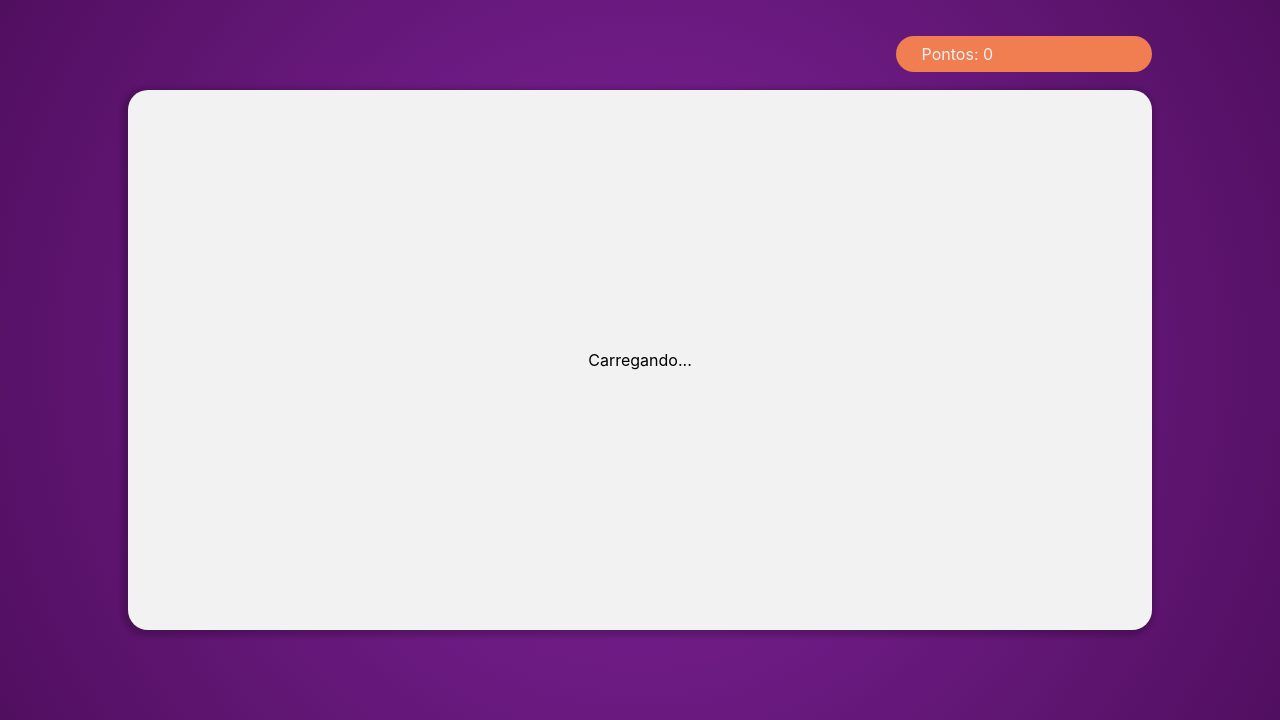
Repository: gabrielejandres/bd-final-project
Page: /play (app in frontend/)
These files come from the project's save history. The page is drawn as it stood at one moment and after the next save; the edit follows.
The browser window is 1280 px wide. The pictures show the whole page.
The project was rebuilt for these pictures with package versions that can differ from the ones it lists, and the page was loaded fresh each time. Also part of the build but not shown: frontend/src/App.css, frontend/src/components/Button/index.jsx, frontend/src/components/Logo/style.css, frontend/src/components/Logo/index.jsx, frontend/src/components/Footer/Login/index.jsx, frontend/src/pages/Login/index.jsx, frontend/src/components/Footer/Home/style.css, frontend/src/components/Footer/Home/index.jsx and 1 more.

Above is the page before, as saved 2022-03-05 21:47:10.

### frontend/src/App.js
import './App.css';
import Login from './pages/Login/index.jsx'
import Home from './pages/Home/index.jsx'
import Play from './pages/Play/index.jsx';
import {BrowserRouter, Route, Routes} from 'react-router-dom';


function App() {
  return (
    <div>
      <BrowserRouter>
          <Routes>
            <Route path="/login" element={<Login/>}/>
            <Route path="/" element={<Home/>}/>
            <Route path="/play" element={<Play/>}/>
          </Routes>
      </BrowserRouter>
    </div>
  );
}

export default App;

### frontend/src/pages/Play/index.jsx
import { useEffect, useState } from 'react'
import './style.css'

export default function Play(){

  const [score, setScore] = useState(0)
  const [question, setQuestion] = useState('Carregando...')
  const [answer, setanswer] = useState(['alo', 'teste', 'sim', 'não'])
  useEffect(()=>{

  }, [score])

  return (
    <div className="main-page">
      <div className="score">
        <div className="score-text">Pontos: {score}</div>
      </div>
      <div className="game-container">
        <div className="game-header">
          <div className="game-question">
            {question}
          </div>
          <div className="game-timer">

          </div>
        </div>
        <div className="game-content">
          <div>{}</div>
        </div>
      </div>
    </div>
  )
}

### frontend/src/pages/Login/style.css
@import url('https://fonts.googleapis.com/css2?family=Montserrat:wght@100;400;700;900&display=swap');

:root {
    --color-brand-primary: #510F60;
    --color-brand-secondary: #F17E50;

    --color-neutral-lightest: #F2F2F2;
    --color-neutral-medium: rgba(133,133,133, 1);
    --color-neutral-darkest: #363636;

    --primary-brand-font: 'Montserrat', sans-serif;
}

.main-page {
  background-image: radial-gradient(circle, #81249C, var(--color-brand-primary));

  height: 100vh;

  display: flex;
  justify-content: center;
  align-items: center;
}

.logo img {
  height: 15vh;

  display: flex;
  justify-content: center;
  align-items: center;
}

.container-login {
  width: 40vw;
  height: 60vh;

  display: flex;
  align-items: center;
  justify-content: center;
  flex-direction: column;

  background-color: var(--color-neutral-lightest);

  border-radius: 20px;
  box-shadow: -2px 2px 5px 4px rgba(0,0,0,0.2) ;
}

.access-area {
  display: flex;
  justify-content: center;

  width: 35vw;
}

.user-interaction {
  display: flex;
  align-items: center;
  flex-direction: column;
  justify-content: center;

  margin-left: 1.5vw;
}

.profile {
  width: auto;
  height: auto;

  margin-top: 30px;
  margin-bottom: 50px;
}

.profile img {
  height: 150px;
  width: auto;
}

.input{
  border-radius: 10px;
  border: 1px solid var(--color-neutral-medium);

  height: 24px;
  width: 12vw;

  margin-bottom: 2.5vh;
  padding: 1vh;

  background-color: rgba(133,133,133, 0.2);

  font-family: var(--primary-brand-font);
}

input:focus {
  outline: none;
}

.container-footer {
  width: 100%;

  display: flex;
  align-items: center;
  justify-content: center;
}

.continue-button {
  display: flex;
  align-items: center;
  justify-content: center;
}

### frontend/src/pages/Home/style.css
@import url('https://fonts.googleapis.com/css2?family=Montserrat:wght@100;400;700;900&display=swap');

:root{
    --color-brand-primary: #510F60;
    --color-brand-secondary: #F17E50;
    --color-neutral-lightest: #F2F2F2;
    --primary-brand-font: 'Montserrat', sans-serif;
}

.container{
    width: 35vw;
    height: 65vh;
    display: flex;
    align-items: center;
    justify-content: center;
    flex-direction: column;
    background-color: var(--color-neutral-lightest);
    border-radius: 20px;
    box-shadow: -2px 2px 5px 4px rgba(0,0,0,0.2) ;
    color: var(--color-neutral-darkest);
}

.container-content{
    display: flex;
    flex-direction: column;
    align-items: center;
    height: 80%;
    margin-top: 50px;
}

.buttons-area{
    display: flex;
    flex-direction: column;
    height: 26vh;
    align-items: center;
    justify-content: space-evenly;
    width: 100%;
    margin-top: 5.5vh;
}

.logo {
    width: 35vw;
    display: flex;
    justify-content: center;
    align-items: center;
}

### frontend/src/pages/Play/style.css
:root{
  --color-neutral-lightest: #F2F2F2;
}

.game-container{
  width: 80vw;
  height: 75vh;
  display: flex;
  align-items: center;
  justify-content: center;
  flex-direction: column;
  background-color: var(--color-neutral-lightest);
  border-radius: 20px;
  box-shadow: -2px 2px 5px 4px rgba(0,0,0,0.2) ;
}

.score{
  position: absolute;
  right: 10vw;
  top: 5vh;
  width: 20vw;
  height: 5vh;
  background-color: var(--color-brand-secondary);
  display: flex;
  align-items: center;
  border-radius: 20px;
}

.score-text{
  margin-left: 2vw;
  color: var(--color-neutral-lightest);
}

### frontend/src/components/Button/style.css
@import url('https://fonts.googleapis.com/css2?family=Montserrat:wght@100;400;500;700;900&display=swap');

:root{
    --color-brand-primary: #510F60;
    --color-brand-secondary: #F17E50;

    --color-neutral-lightest: #F2F2F2;
    --color-neutral-darkest: #363636;

    --primary-brand-font: 'Montserrat', sans-serif;
}

.button {
  cursor: pointer;
  border-radius:30px;
  line-height: 2.5rem;
  font-family: var(--primary-brand-font);
  font-weight: 500;
  height: 4vh;
  display: flex;
  align-items: center;
  justify-content: center;

  border: 1px solid var(--color-neutral-lightest);
  background-image: linear-gradient(-180deg, var(--color-brand-secondary) 0%, #E66038 100%);
  box-shadow: 0 0 0.25rem 0 grey,
              0 -0.25rem 1.5rem rgba(255, 255, 255, 0.1) inset,
              0 0.75rem 0.5rem rgba(255,255,255, 0.4) inset,
              0 0.25rem 0.5rem 0 rgba(255, 255, 255, 0.3) inset;

  color: var(--color-neutral-lightest);

  padding: 2.5vh;
}

### frontend/src/components/Footer/Login/style.css
@import url('https://fonts.googleapis.com/css2?family=Montserrat:wght@100;400;700;900&display=swap');

:root {
    --color-brand-primary: #510F60;
    --color-brand-secondary: #F17E50;

    --color-neutral-lightest: #F2F2F2;
    --color-neutral-medium: rgba(133,133,133, 1);
    --color-neutral-darkest: #363636;

    --primary-brand-font: 'Montserrat', sans-serif;
}

.text-login hr{
    width: 6vw;
    border: 0;
    height: 1.90px;
    background-color: grey;
    margin-top: 1.2vh;
    margin-left: 0.5vw;
    margin-right: 0.5vw;
}

.text-login {
    display: flex;
    justify-content:center;
    align-items: center;

    color: var(--color-neutral-darkest);

    font-family: var(--primary-brand-font);
}

.login-icons {
    display: flex;
    justify-content: center;
}

.login-icons img {
    width: auto;
    height: 35px;

    padding: 0.5vw;
}

Loaded but not shown: frontend/public/index.html (common file); frontend/src/index.js (common file); frontend/src/index.css (common file)

After the next save:
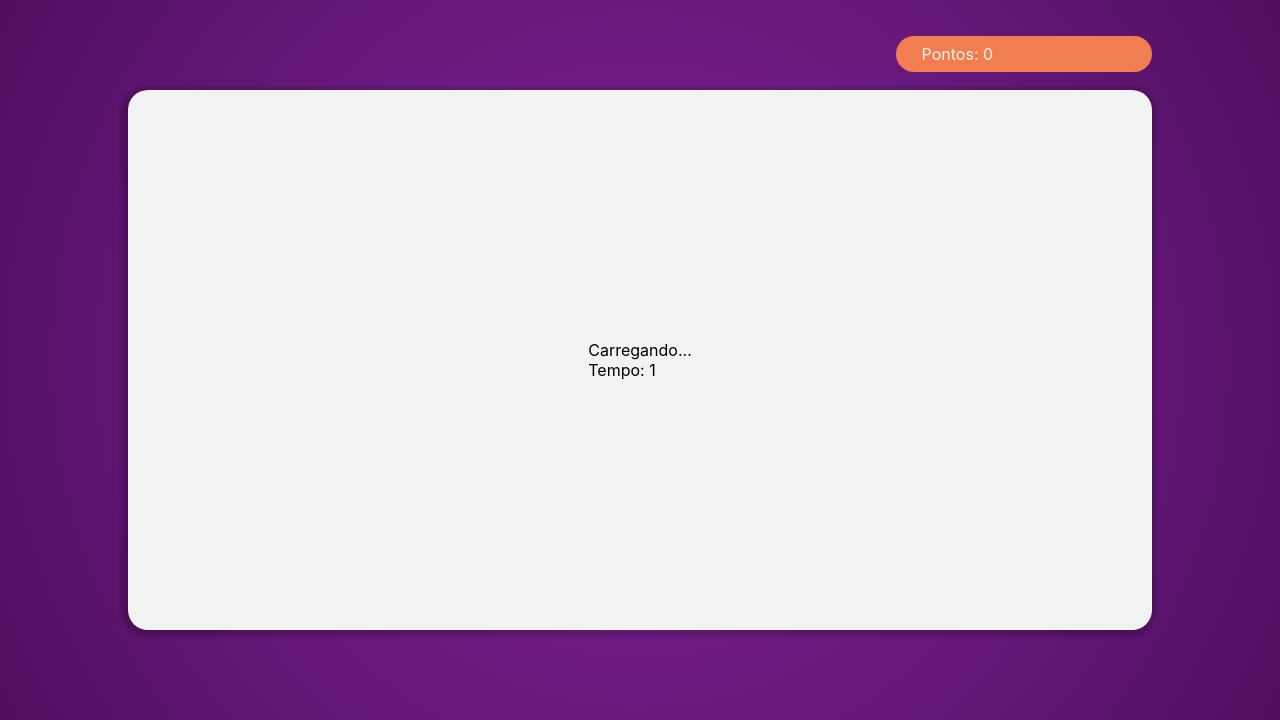
Saved 19 s later.
--- a/frontend/src/pages/Play/index.jsx
+++ b/frontend/src/pages/Play/index.jsx
@@ -21,7 +21,7 @@ export default function Play(){
             {question}
           </div>
           <div className="game-timer">
-
+            Tempo: 1
           </div>
         </div>
         <div className="game-content">
